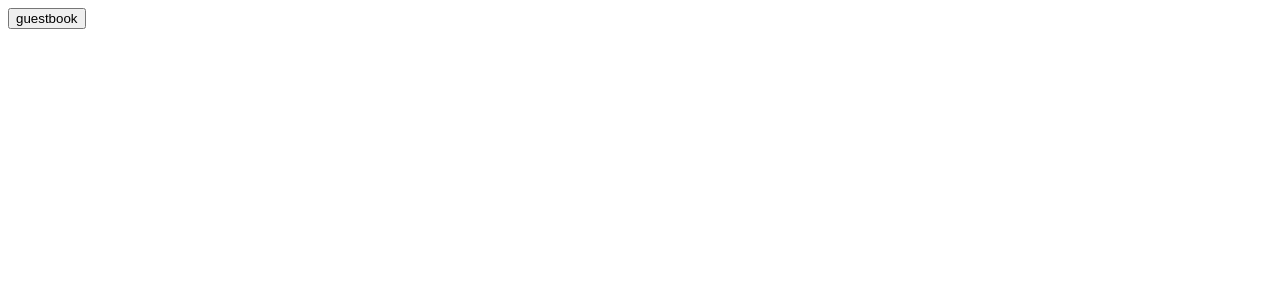
Repository: hagjun/jspstudy
Page: http://localhost/01_servlet/guestbook/member_index.jsp
An editor plug-in stored every save of this project. The page is shown before and after the next save, followed by the edit.
The browser window is 1280 px wide. The pictures show the whole page.
The page is served by Tomcat 9. Other server files are loaded and not shown.

Above is the page before, as saved 2024-03-08 02:30:28.

### 01_servlet/src/main/webapp/guestbook/member_index.jsp
<%@ page language="java" contentType="text/html; charset=UTF-8"
    pageEncoding="UTF-8"%>
<!DOCTYPE html>
<html>
<head>
<meta charset="UTF-8">
<title>index</title>
</head>
<body>
	<form action="/01_servlet/Guest" method="post">
		<input type="submit" value="guestbook">
		<input type="hidden" name="cmd" value="list">
	</form>
</body>
</html>

After the next save:
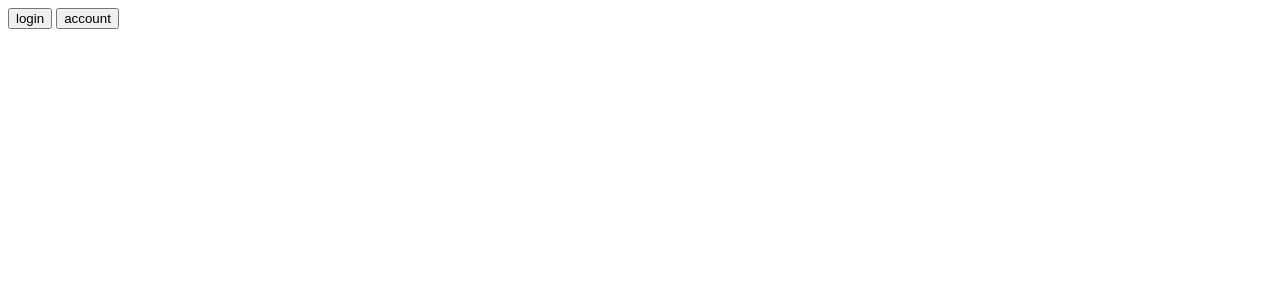
Saved 23 min 21 s later.
--- a/01_servlet/src/main/webapp/guestbook/member_index.jsp
+++ b/01_servlet/src/main/webapp/guestbook/member_index.jsp
@@ -8,7 +8,8 @@
 </head>
 <body>
 	<form action="/01_servlet/Guest" method="post">
-		<input type="submit" value="guestbook">
+		<input type="submit" value="login">
+		<input type="submit" value="account">
 		<input type="hidden" name="cmd" value="list">
 	</form>
 </body>
